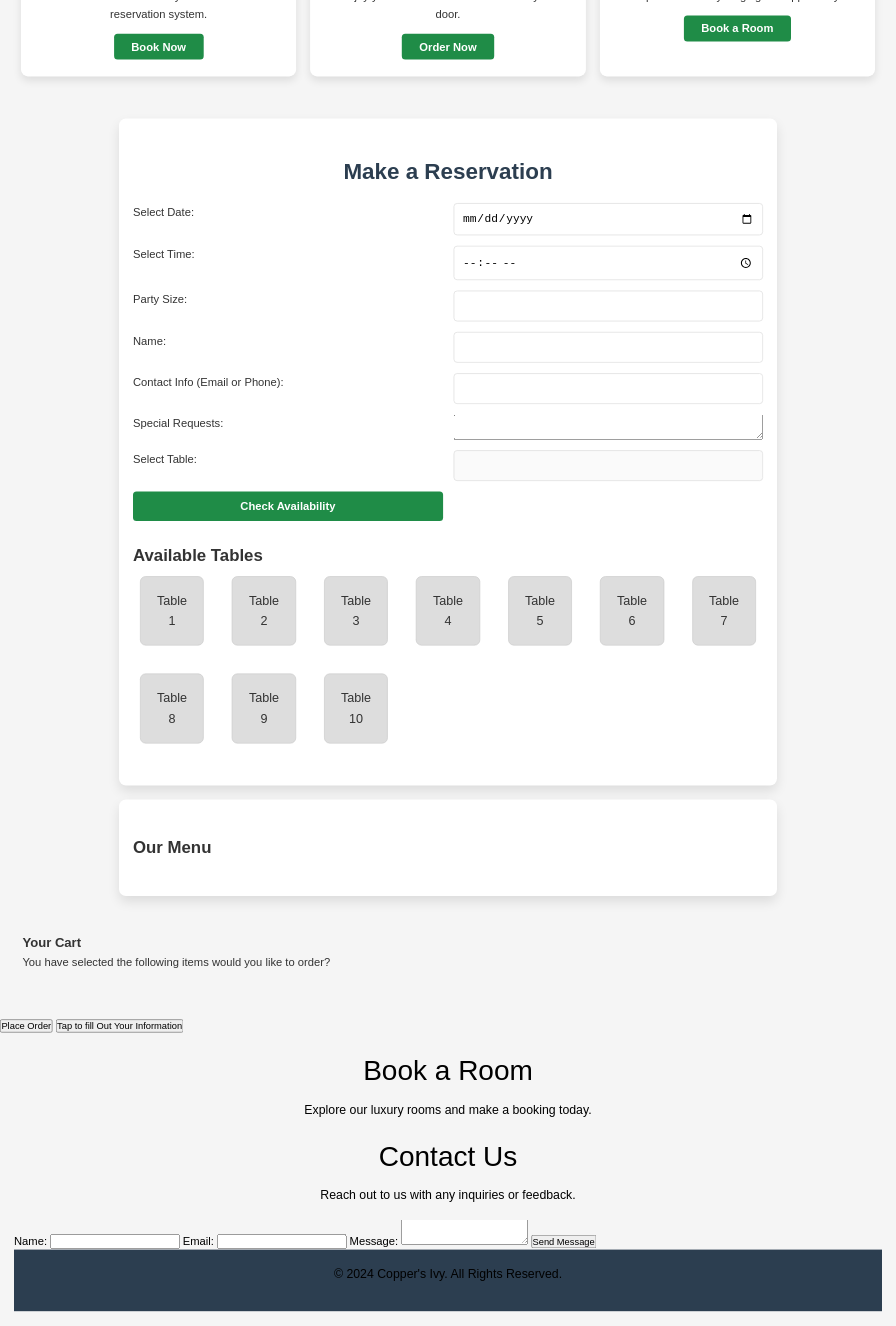
Repository: malingubarnice/Online-Reservation-System
Page: index.html
The author's editor kept a copy of each file at every save. The page is drawn from the files as they stood at one save, then again after the next save.
The browser window is 1280 px wide. The pictures show the part of the page from y = 673 to 2593 px (the page is 2567 px tall before and 2593 px after), at 70% of full size.

Above is the page before, as saved 2025-01-07 15:53:52.

### index.html
<!DOCTYPE html>
<html lang="en">
<head>
  <meta charset="UTF-8">
  <meta name="viewport" content="width=device-width, initial-scale=1.0">
  <title>Copper's Ivy Integrated Suite</title>
  <link rel="stylesheet" href="styles.css">
</head>



<body>
  <!-- Navigation Bar -->
  <header>
    <div class="logo">
      <img src="assets/logo.jpg" alt="Copper Ivy Logo">
    </div>
    <nav class="navbar">
      <ul>
        <li><a href="#home">Home</a></li>
        <li><a href="#reservations">Reservations</a></li>
        <li><a href="#menu">Menu</a></li>
        <li><a href="#rooms">Rooms</a></li>
        <li><a href="#cart">Cart</a></li>
        <li><a href="#contact">Contact Us</a></li>
      </ul>
    </nav>
  </header>




  <!-- Hero Section -->
  <section id="home" class="hero">
    <h1>Welcome to Copper's Ivy</h1>
    <p>Experience fine dining and lodging.</p>
    <a href="#reservations" class="btn">Make a Reservation</a>
  </section>

  <!-- Features Section -->
  <section class="features">
    <div class="feature">
      <h2>Reserve Your Table</h2>
      <p>Book a table effortlessly with our online reservation system.</p>
      <a href="#reservations" class="btn">Book Now</a>
    </div>
    <div class="feature">
      <h2>Order Online</h2>
      <p>Enjoy your favorite dishes delivered to your door.</p>
      <a href="#menu" class="btn">Order Now</a>
    </div>
    <div class="feature">
      <h2>Book a Room</h2>
      <p>Experience luxury lodging at Copper’s Ivy.</p>
      <a href="#rooms" class="btn">Book a Room</a>
    </div>
  </section>




  <!-- Reservations Section -->
<section id="reservations">
    <h1>Make a Reservation</h1>
    <div class="reservation-form">
        <label for="date">Select Date:</label>
        <input type="date" id="date" required>

        <label for="time">Select Time:</label>
        <input type="time" id="time" required>

        <label for="party-size">Party Size:</label>
        <input type="number" id="party-size" min="1" max="20" required>

        <!-- New fields for contact info and special requests -->
        <label for="customer-name">Name:</label>
        <input type="text" id="customer-name" required>

        <label for="contact-info">Contact Info (Email or Phone):</label>
        <input type="text" id="contact-info" required>

        <label for="special-requests">Special Requests:</label>
        <textarea id="special-requests"></textarea>

        <!-- New field to show selected table -->
        <label for="selected-table">Select Table:</label>
        <input type="text" id="selected-table" disabled> <!-- Hidden field to store the selected table -->

        <button class="reserve-btn">Check Availability</button>
    </div>

    <!-- Table Layout Section -->
    <div class="table-layout">
        <h2>Available Tables</h2>
        <div class="tables">
            <!-- Table icons dynamically loaded -->
        </div>
    </div>
</section>


  <!-- Menu Section -->
  <section id="menu">
    <h1>Our Menu</h1>
    <div class="menu-items">
      <!-- Menu items dynamically loaded -->
    </div>
  </section>

    <!-- Order Section -->
    <section id="order-online">
        <!-- Menu Items -->
        <div class="menu-items">
            <!-- Menu items dynamically loaded from the backend -->
        </div>


  <!-- Cart Section -->
    <section id="cart">
      <h1>Your Cart</h1>
      <p>You have selected the following items would you like to order?</p>
      <div class="cart-items">
        <!-- Cart items dynamically loaded -->
      </div>
  </section>
        <!-- Order Form -->
        <div class="order-form">
            <div class="order-list">
                <!-- Dynamically added ordered items will appear here -->
            </div>

        </div>
    </section>

    <button class="place-order-btn">Place Order</button>



<!-- Place Order Button -->
<button id="place-order-btn">Tap to fill Out Your Information</button>

<!-- Delivery Form Container (Initially Hidden) -->
<div id="delivery-form-container" style="display: none;">
    <form id="delivery-form">
        <label for="customer-name">Name:</label>
        <input type="text" id="customer-name" required><br>

        <label for="customer-email">Email:</label>
        <input type="email" id="customer-email" required><br>

        <label for="address">Address:</label>
        <input type="text" id="address" required><br>

        <button type="submit">Submit Order</button>
    </form>
</div>

<!-- Confirmation Message (Initially Hidden) -->
<div id="confirmation-message" style="display: none;">
    Thank you! Your order has been placed.
</div>


<!-- Rooms Section -->
<section id="rooms">
  <h1>Book a Room</h1>
  <p>Explore our luxury rooms and make a booking today.</p>

  <div class="room-list">
    <!-- Room cards dynamically loaded -->
  </div>

  <!--A Booking Form-->
<!-- Booking form (initially hidden) -->
<div class="booking-form" style="display: none;">
  <form id="room-booking-form">
      <input type="hidden" id="room_id" name="room_id">  <!-- Hidden input for room ID -->
      <label for="room-selection">Room</label>
      <input type="text" id="room-selection" name="room_name" readonly>

      <label for="check-in-date">Check-in Date</label>
      <input type="date" id="check-in-date" name="check_in_date" required>

      <label for="check-out-date">Check-out Date</label>
      <input type="date" id="check-out-date" name="check_out_date" required>

      <label for="guest-count">Number of Guests</label>
      <input type="number" id="guest-count" name="guest_count" min="1" required>

      <label for="contact-info">Contact Information</label>
      <input type="text" id="contact-info" name="contact-info" placeholder="Enter your contact info" required>


      <p id="price"></p>

      <button type="submit">Book Room</button>
  </form>
</div>





  <!-- Contact Section -->
  <section id="contact">
    <h1>Contact Us</h1>
    <p>Reach out to us with any inquiries or feedback.</p>
    <form class="contact-form">
      <label for="name">Name:</label>
      <input type="text" id="name" required>

      <label for="email">Email:</label>
      <input type="email" id="email" required>

      <label for="message">Message:</label>
      <textarea id="message" required></textarea>

      <button type="submit" class="btn">Send Message</button>
    </form>
  </section>

  <!-- Footer -->
  <footer>
    <p>&copy; 2024 Copper's Ivy. All Rights Reserved.</p>
  </footer>


  <script src="https://cdn.botpress.cloud/webchat/v2.2/inject.js"></script>
  <script src="https://files.bpcontent.cloud/2024/12/05/06/20241205062412-612LYK8G.js"></script>


  <script src="script.js"></script>
</body>
</html>

### styles.css
/* General Reset */
body, h1, h2, p, ul, li, a, button {
    margin: 0;
    padding: 0;
    box-sizing: border-box;
}

/* Body and Layout */
body {
    font-family: 'Arial', sans-serif;
    line-height: 1.6;
    background-color: #f5f5f5;
    color: #333;
}

/* Header */
header {
    display: flex;
    justify-content: space-between;
    align-items: center;
    padding: 20px;
    background: white;
    color: #fff;
    border-bottom: 2px solid #c4ccd4;
    border-radius: 26px;
    border-style: none;
}

header .logo img {
    height: 100px;
    border-radius: 50px;
}

header nav ul {
    display: flex;
    list-style: none;
}

header nav ul li {
    margin-left: 25px;
}

header nav ul li a {
    color: rgb(10, 10, 10);
    text-decoration: none;
    font-size: 25px;
    font-weight: 500;
    transition: color 0.3s;
}

header nav ul li a:hover {
    color: #eb2630;
}

/* Hero Section */
.hero {
    background: url('assets/cookingbackground.jpg') no-repeat center center/cover;
    text-align: center;
    padding: 100px 20px;
    color: #fff;
    font-size: 28px;
}

.hero h1 {
    font-size: 36px;
    margin-bottom: 15px;
}

.hero p {
    font-size: 20px;
    margin-bottom: 20px;
}

.hero .btn {
    padding: 12px 30px;
    background-color: #1f8c47;
    color: #fff;
    text-decoration: none;
    font-weight: bold;
    border-radius: 5px;
    transition: background-color 0.3s;
}

.hero .btn:hover {
    background-color: #07e262;
}

/* Features Section */
.features {
    display: flex;
    justify-content: space-around;
    margin: 50px 20px;
}

.feature {
    background-color: #fff;
    border-radius: 10px;
    box-shadow: 0 6px 12px rgba(0, 0, 0, 0.1);
    padding: 30px;
    text-align: center;
    flex: 1;
    margin: 10px;
}

.feature h2 {
    font-size: 24px;
    margin-bottom: 10px;
}

.feature p {
    font-size: 16px;
    margin-bottom: 20px;
}

.feature .btn {
    background-color: #1f8c47;
    color: #fff;
    text-decoration: none;
    padding: 10px 25px;
    font-weight: bold;
    border-radius: 5px;
    transition: background-color 0.3s;
}

.feature .btn:hover {
    background-color: #10ce5f;
}

/* Reservations Section */
#reservations {
    padding: 50px 20px;
    background: #fff;
    margin: 20px auto;
    max-width: 900px;
    box-shadow: 0 8px 16px rgba(0, 0, 0, 0.1);
    border-radius: 10px;
}

#reservations h1 {
    font-size: 32px;
    margin-bottom: 20px;
    text-align: center;
    color: #2c3e50;
}

.reservation-form {
    display: grid;
    grid-template-columns: 1fr 1fr;
    gap: 15px;
    margin-bottom: 30px;
}

.reservation-form label {
    font-size: 16px;
    color: #333;
}

.reservation-form input, .reserve-btn {
    padding: 12px;
    border: 1px solid #ddd;
    border-radius: 5px;
    font-size: 16px;
    transition: border-color 0.3s;
}

.reservation-form input:focus {
    border-color: #27ae60;
}

.reserve-btn {
    background-color: #1f8c47;
    color: #fff;
    font-weight: bold;
    cursor: pointer;
    border: none;
    transition: background-color 0.3s;
}

.reserve-btn:hover {
    background-color: #07e262;
}

/* Table Layout */
.table-layout {
    margin-top: 20px;
}

.tables {
    display: grid;
    grid-template-columns: repeat(auto-fill, minmax(100px, 1fr));
    gap: 20px;
}

.tables .table {
    background-color: #ddd;
    padding: 20px;
    text-align: center;
    font-size: 18px;
    border-radius: 8px;
    cursor: pointer;
    transition: transform 0.3s, background-color 0.3s;
}

.tables .table:hover {
    transform: scale(1.1);
    background-color: #27ae60;
    color: #fff;
}

/* Menu Section */
#menu {
    padding: 50px 20px;
    background: #fff;
    margin: 20px auto;
    max-width: 900px;
    box-shadow: 0 8px 16px rgba(0, 0, 0, 0.1);
    border-radius: 10px;
}

.menu-items {
    display: grid;
    grid-template-columns: repeat(auto-fill, minmax(250px, 1fr));
    gap: 20px;
}

.menu-items .menu-item {
    background: #f4f4f4;
    padding: 20px;
    border-radius: 8px;
    box-shadow: 0 4px 8px rgba(0, 0, 0, 0.1);
    text-align: center;
    transition: transform 0.3s;
}

.menu-items .menu-item:hover {
    transform: scale(1.05);
    box-shadow: 0 8px 16px rgba(0, 0, 0, 0.2);
}

.menu-items img {
    max-width: 100%;
    border-radius: 5px;
}






/* Footer */
footer {
    text-align: center;
    padding: 20px;
    background-color: #2c3e50;
    color: #fff;
}

/* Responsive Design */
@media (max-width: 768px) {
    .features {
        flex-direction: column;
        align-items: center;
    }

    .feature {
        width: 100%;
        margin-bottom: 30px;
    }

    .reservation-form {
        grid-template-columns: 1fr;
    }

    .tables {
        grid-template-columns: 1fr 1fr;
    }

    .menu-items {
        grid-template-columns: 1fr 1fr;
    }
}

@media (max-width: 480px) {
    header {
        flex-direction: column;
        align-items: flex-start;
    }

    header nav ul {
        flex-direction: column;
        gap: 10px;
    }

    .hero h1 {
        font-size: 28px;
    }

    .hero p {
        font-size: 18px;
    }
}

/* Style for available tables */
.table {
    padding: 10px;
    margin: 10px;
    border: 1px solid #ccc;
    cursor: pointer;
    display: inline-block;
}

/* Highlight the selected table */
.table.selected {
    background-color: #4CAF50; /* Green background */
    color: white;
    border: 2px solid #fff;
}

/*stying order online section*/
#order-online {
    padding: 2rem;
}

.menu-item {
    border: 1px solid #ddd;
    margin: 1rem;
    padding: 1rem;
    text-align: center;
}
.order-form {
    margin-top: 2rem;
}
.order-total {
    font-weight: bold;
    margin-top: 1rem;
}


/*styling rooms*/
/* General styling for the Rooms Section */
#rooms {
    font-family: Arial, sans-serif;
    padding: 20px;
    background-color: #f5f5f5;
}

#rooms h1 {
    text-align: center;
    color: #333;
    font-size: 2.5rem;
    margin-bottom: 10px;
}

#rooms p {
    text-align: center;
    font-size: 1.1rem;
    color: #666;
    margin-bottom: 20px;
}

/* Room Listings */
.room-listings {
    display: grid;
    grid-template-columns: repeat(auto-fill, minmax(250px, 1fr));
    gap: 20px;
    margin-bottom: 30px;
}

.room-card {
    background-color: white;
    border-radius: 8px;
    box-shadow: 0 4px 6px rgba(0, 0, 0, 0.1);
    padding: 15px;
    text-align: center;
    transition: transform 0.3s ease-in-out;
}

.room-card:hover {
    transform: translateY(-5px);
}

.room-card img {
    width: 100%;
    height: 180px;
    object-fit: cover;
    border-radius: 8px;
}

.room-card h3 {
    font-size: 1.5rem;
    color: #333;
    margin: 15px 0;
}

.room-card p {
    font-size: 1.1rem;
    color: #777;
}

.room-card .price {
    font-size: 1.2rem;
    font-weight: bold;
    color: #1f8c47;
    margin-top: 10px;
}

.room-card button {
    background-color: #1f8c47;
    color: white;
    padding: 10px 15px;
    font-size: 1rem;
    border: none;
    border-radius: 5px;
    cursor: pointer;
    transition: background-color 0.3s;
}

.room-card button:hover {
    background-color: #07e262;
}

/* Booking Form Styling */
.booking-form {
    background-color: white;
    padding: 20px;
    border-radius: 8px;
    box-shadow: 0 4px 6px rgba(0, 0, 0, 0.1);
    width: 100%;
    max-width: 600px;
    margin: 0 auto;
}

.booking-form h2 {
    text-align: center;
    color: #333;
    font-size: 2rem;
    margin-bottom: 15px;
}

.booking-form form {
    display: flex;
    flex-direction: column;
    gap: 15px;
}

.booking-form label {
    font-size: 1.1rem;
    color: #333;
}

.booking-form select,
.booking-form input {
    padding: 10px;
    font-size: 1rem;
    border: 1px solid #ccc;
    border-radius: 5px;
    width: 100%;
}

.booking-form button {
    background-color: #1f8c47;
    color: white;
    padding: 12px 20px;
    font-size: 1.1rem;
    border: none;
    border-radius: 5px;
    cursor: pointer;
    transition: background-color 0.3s;
}

.booking-form button:hover {
    background-color: #07e262;
}

/* Confirmation Message */
#confirmation-message {
    font-size: 1.2rem;
    color: #333;
    margin-top: 20px;
    text-align: center;
    display: none; /* Hidden initially */
}

#confirmation-message.success {
    color: #4caf50;
}

#confirmation-message.error {
    color: #f44336;
}



/* Container for styling the rooms */
.room-list {
    display: flex;
    flex-wrap: wrap; /* Allows room cards to wrap to the next line when necessary */
    justify-content: center; /* Centers the room cards horizontally */
    gap: 20px; /* Adds space between cards */
    max-width: 80%; /* Makes the container occupy 80% of the page */
    margin: 0 auto; /* Centers the container horizontally */
}

/* Individual room card */
.room-card {
    width: 30%; /* Makes each card take up about 30% of the container's width */
    max-width: 300px; /* Optional: Set a max width for the cards */
    margin: 10px;
    padding: 15px;
    text-align: center;
    box-shadow: 0 4px 8px rgba(0, 0, 0, 0.1);
    background-color: #fff;
    border-radius: 10px;
    box-sizing: border-box;
}

/* Image inside room card */
.room-card img {
    width: 100%; /* Ensures the image stretches across the container */
    height: auto; /* Keeps aspect ratio intact */
    object-fit: contain; /* Ensures the full image is visible */
}

@media (max-width: 768px) {
    .room-card {
        width: 100%; /* Makes room cards stack on smaller screens */
    }
}

/* Target the specific booking room section and make the font weight lighter */
#rooms {
    color: black; /* Keeps the text color black */
    font-weight: lighter; /* Makes the font weight lighter */
}

/* Target the room cards within the booking room section */
#rooms .room-card {
    color: black; /* Ensures room card text is black */
    font-weight: lighter; /* Makes the room card text lighter */
}

/* You can also target specific elements like titles and descriptions, if necessary */
#rooms h1, #rooms p, #rooms .room-name, #rooms .room-description {
    color: black; /* Sets the text to black */
    font-weight: lighter; /* Reduces the font weight */
}



/*delivery form styling*/
#delivery-form-container {
    margin: 20px auto;
    padding: 20px;
    background-color: #fff;
    border-radius: 10px;
    box-shadow: 0 8px 16px rgba(0, 0, 0, 0.1);
    max-width: 500px;
    text-align: center;
}

#delivery-form label {
    display: block;
    margin: 10px 0 5px;
    font-weight: bold;
}

#delivery-form input,
#delivery-form textarea {
    width: 100%;
    padding: 10px;
    margin-bottom: 15px;
    border: 1px solid #ddd;
    border-radius: 5px;
    box-sizing: border-box;
    font-size: 16px;
}

#delivery-form button {
    background-color: #1f8c47;
    color: white;
    padding: 10px 20px;
    font-size: 16px;
    border: none;
    border-radius: 5px;
    cursor: pointer;
}

#delivery-form button:hover {
    background-color: #07e262;
}

Loaded but not shown: script.js (337 lines, source omitted)

After the next save:
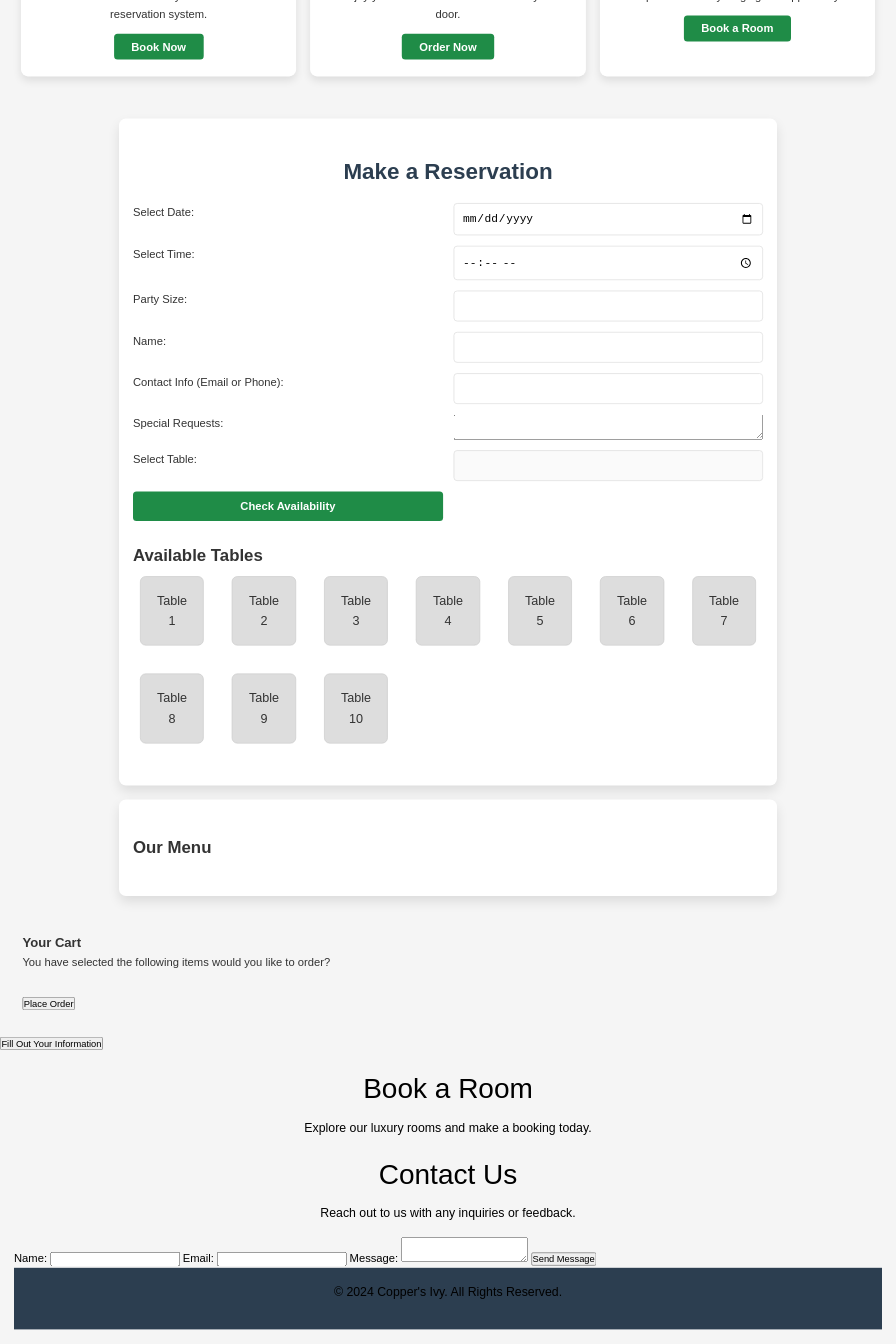
Saved 58 s later.
--- a/index.html
+++ b/index.html
@@ -128,16 +128,16 @@
             <div class="order-list">
                 <!-- Dynamically added ordered items will appear here -->
             </div>
-
+            <button class="place-order-btn">Place Order</button>
         </div>
     </section>
 
-    <button class="place-order-btn">Place Order</button>
+
 
 
 
 <!-- Place Order Button -->
-<button id="place-order-btn">Tap to fill Out Your Information</button>
+<button id="place-order-btn">Fill Out Your Information</button>
 
 <!-- Delivery Form Container (Initially Hidden) -->
 <div id="delivery-form-container" style="display: none;">
